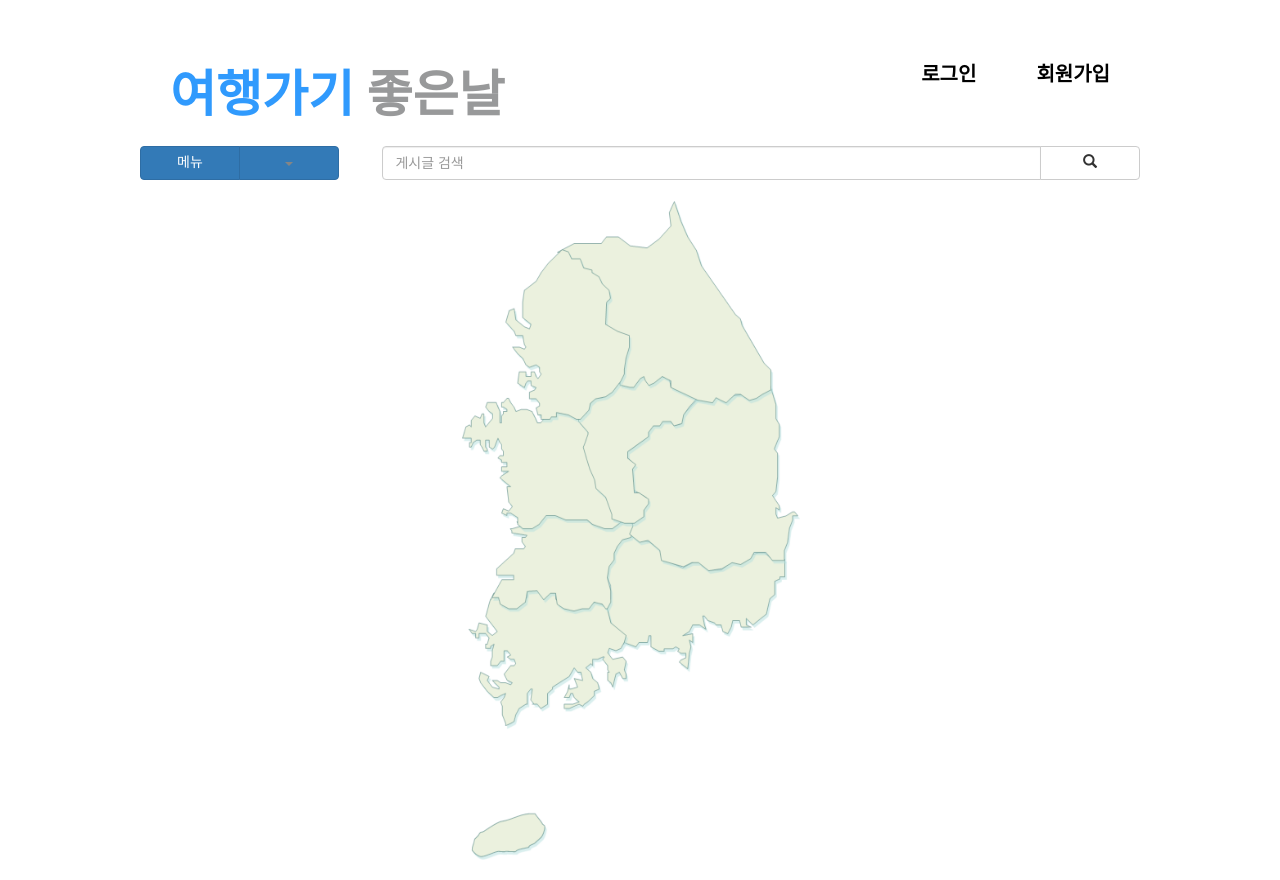
Repository: Hotmintchoco/teamProject1
Page: http://localhost/tripProject/mypage.jsp
The author's editor kept a copy of each file at every save. The page is drawn from the files as they stood at one save, then again after the next save.
The browser window is 1280 px wide. The pictures show the whole page.
Some web fonts or font styles are not loaded; a fallback is used. The page is served by Tomcat 9. Nobody is signed in. The application's start-up code is not run.

Above is the page before, as saved 2022-07-02 11:41:52.

After the next save:
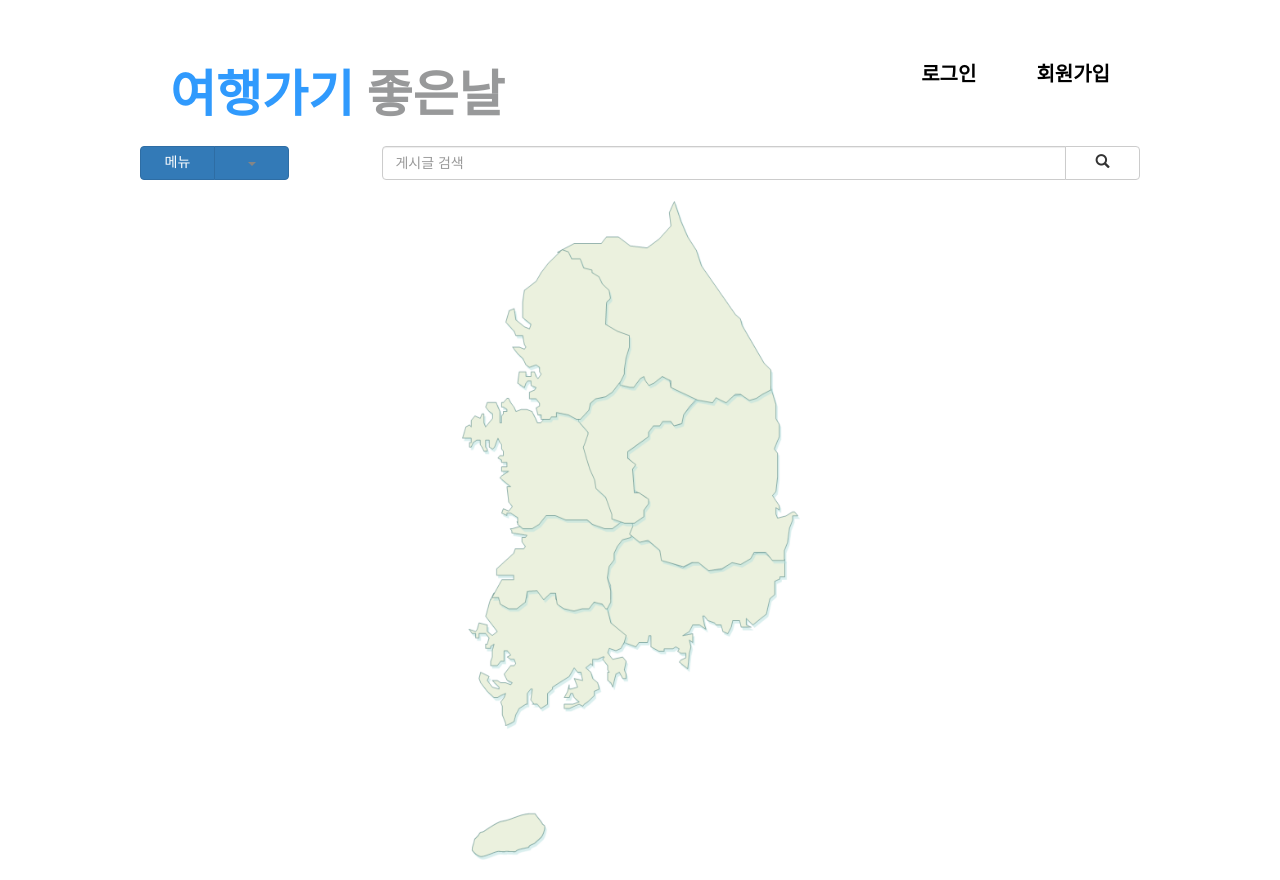
Saved 14 s later.
--- a/tripProject/src/main/webapp/mypage.jsp
+++ b/tripProject/src/main/webapp/mypage.jsp
@@ -27,7 +27,7 @@
         #slider > img {margin-left: 250px;}
         .tm-mt-0 {float: left; font-size: 50px;}
         #menubar {width: 1000px; margin: 0 auto;}
-        .btn {width: 100px;}
+        .btn {width: 75px;}
     </style>
 </head>
 <body>
